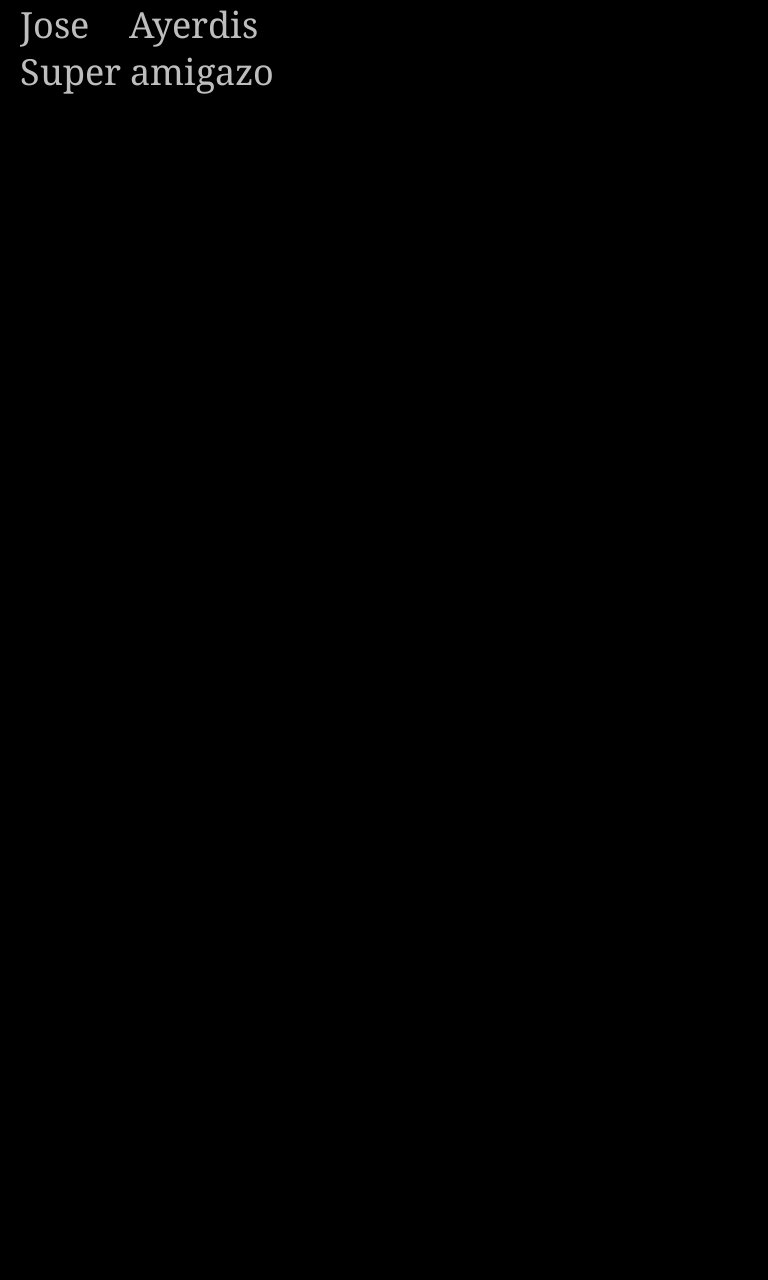
Repository: necronet/AndroidEjercicios
Layout: Ejercicio1/res/layout/lista_persona_item.xml
These files come from the project's save history. The layout is drawn as it stood at one moment and after the next save; the edit follows.
It is drawn on a 768 x 1280 px phone screen (xhdpi) without system bars, with theme android:Theme; the app's code is not run.

Above is the layout before, as saved 2011-10-14 22:29:43.

### Ejercicio1/res/layout/lista_persona_item.xml
<?xml version="1.0" encoding="utf-8"?>
<RelativeLayout xmlns:android="http://schemas.android.com/apk/res/android"
	android:orientation="vertical" android:layout_width="match_parent"
	android:layout_height="match_parent">

	<TextView style="@style/estiloItem" android:id="@+id/textNombre"
		android:text="Jose"
		android:layout_width="wrap_content"
		android:layout_height="wrap_content"
		android:layout_alignParentTop="true"
		android:layout_alignParentLeft="true"
	/>

	<TextView style="@style/estiloItem1" android:id="@+id/textApellido"
	android:text="Ayerdis"
	android:layout_width="wrap_content"
	android:layout_height="wrap_content"
	android:layout_toRightOf="@id/textNombre"
	android:layout_alignParentTop="true"
	/>

	<TextView android:id="@+id/textRelacion"
	style="@style/estiloItem"
	android:text="Super amigazo"
	android:layout_width="wrap_content"
	android:layout_height="wrap_content"
	android:layout_below="@id/textNombre"
	/>



</RelativeLayout>

### Ejercicio1/res/values/styles.xml
<?xml version="1.0" encoding="utf-8"?>
<resources xmlns:android="http://schemas.android.com/apk/res/android">
    <style name="estiloItem" parent="android:Widget.TextView">
        <item name="android:paddingLeft">10dip</item>
        <item name="android:paddingRight">20dip</item>
        <item name="android:textSize">18dip</item>
        <item name="android:typeface">serif</item>
    </style>
    <style name="estiloItem1" parent="android:Widget.TextView">
        <item name="android:textSize">18dip</item>
        <item name="android:typeface">serif</item>
    </style>
</resources>

After the next save:
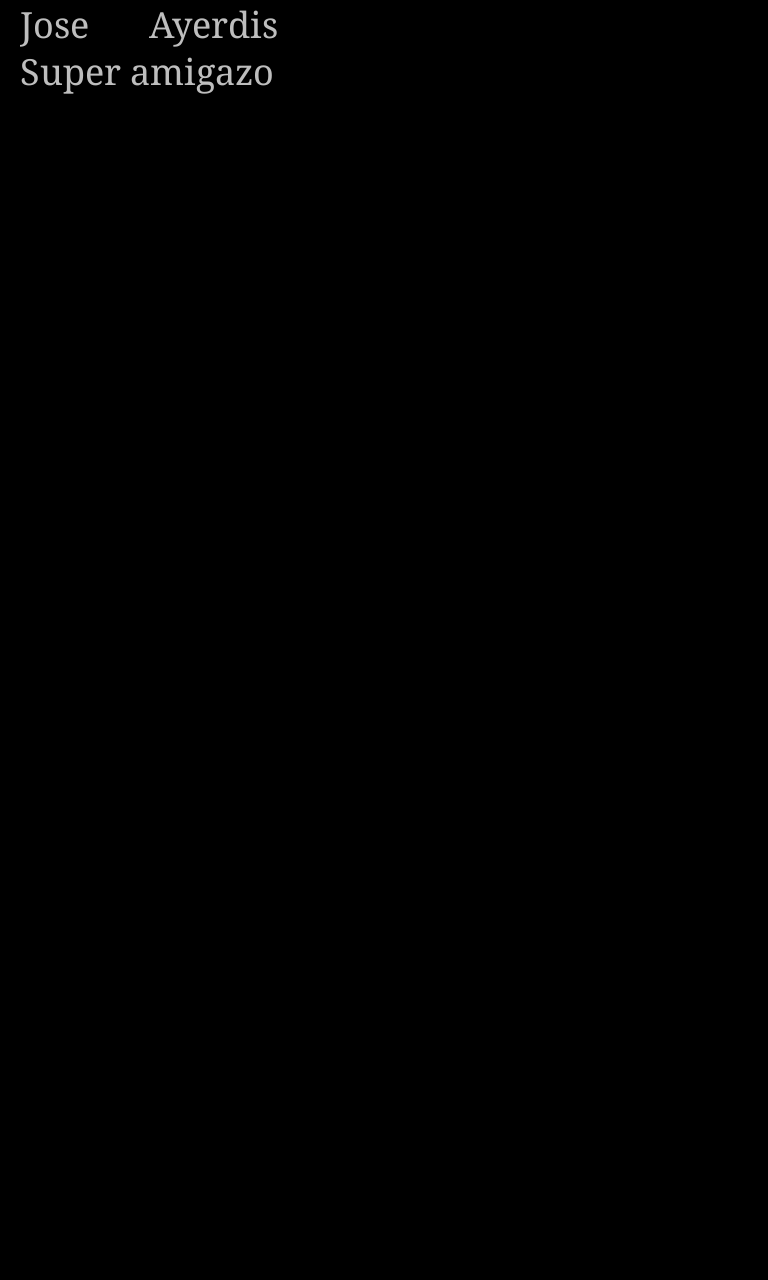
Saved 6 min 57 s later.
--- a/Ejercicio1/res/layout/lista_persona_item.xml
+++ b/Ejercicio1/res/layout/lista_persona_item.xml
@@ -11,7 +11,7 @@
 		android:layout_alignParentLeft="true"
 	/>
 
-	<TextView style="@style/estiloItem1" android:id="@+id/textApellido"
+	<TextView style="@style/estiloItem" android:id="@+id/textApellido"
 	android:text="Ayerdis"
 	android:layout_width="wrap_content"
 	android:layout_height="wrap_content"
